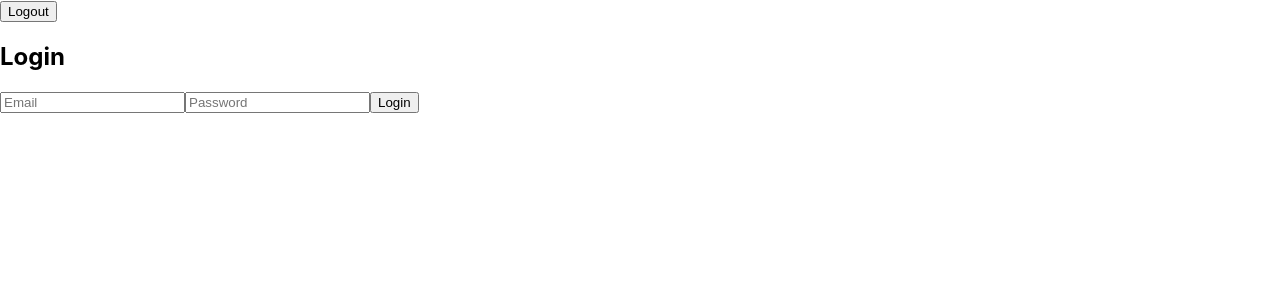
Repository: GowrishankarSMenon/jobTracker
Page: /login (app in job-tracker/client/)
These files come from the project's save history. The page is drawn as it stood at one moment and after the next save; the edit follows.
The browser window is 1280 px wide. The pictures show the whole page.
The project was rebuilt for these pictures with package versions that can differ from the ones it lists, and the page was loaded fresh each time. Also part of the build but not shown: job-tracker/client/src/pages/Signup.js, job-tracker/client/src/pages/Home.js.

Above is the page before, as saved 2024-12-28 10:26:58.

After the next save:
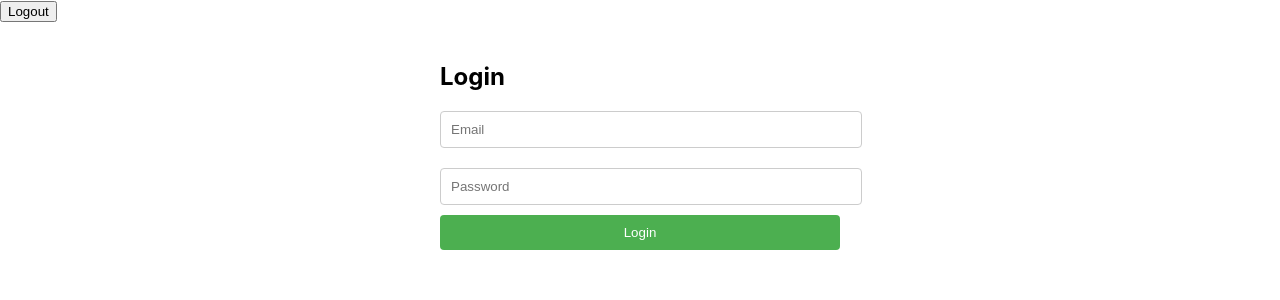
Saved 3 min 39 s later.
--- a/job-tracker/client/src/pages/Login.js
+++ b/job-tracker/client/src/pages/Login.js
@@ -4,42 +4,94 @@ import axios from 'axios';
 const Login = ({ setUser, setToken }) => {
   const [email, setEmail] = useState('');
   const [password, setPassword] = useState('');
+  const [loading, setLoading] = useState(false); // Loading state
+  const [errorMessage, setErrorMessage] = useState(''); // Error message state
 
   const handleSubmit = async (e) => {
     e.preventDefault();
+    setLoading(true);
+    setErrorMessage(''); // Reset error message on form submit
+
     try {
       const response = await axios.post('http://localhost:5000/api/auth/login', { email, password });
-      setUser(response.data.user);  // Save user data
-      setToken(response.data.token);  // Save token in state or localStorage
 
-      // Store token in localStorage
+      // Save user and token in state
+      setUser(response.data.user);
+      setToken(response.data.token);
+
+      // Store token in localStorage for persistence
       localStorage.setItem('authToken', response.data.token);
 
-      // Redirect to home or dashboard after successful login
-      // navigate('/home');
+      // Redirect to home or dashboard (optional)
+      alert('Login successful!');
+      // navigate('/home'); // Uncomment if using react-router
     } catch (error) {
       console.error('Login error:', error);
-      alert('Login failed');
+
+      // Handle errors gracefully
+      if (error.response && error.response.data && error.response.data.message) {
+        setErrorMessage(error.response.data.message); // Display backend error message
+      } else {
+        setErrorMessage('An unexpected error occurred. Please try again later.');
+      }
+    } finally {
+      setLoading(false); // Stop the loading spinner
     }
   };
 
   return (
-    <div>
+    <div style={{ maxWidth: '400px', margin: '0 auto', padding: '20px' }}>
       <h2>Login</h2>
+      {errorMessage && (
+        <div style={{ color: 'red', marginBottom: '10px' }}>{errorMessage}</div>
+      )}
       <form onSubmit={handleSubmit}>
-        <input
-          type="email"
-          placeholder="Email"
-          value={email}
-          onChange={(e) => setEmail(e.target.value)}
-        />
-        <input
-          type="password"
-          placeholder="Password"
-          value={password}
-          onChange={(e) => setPassword(e.target.value)}
-        />
-        <button type="submit">Login</button>
+        <div style={{ marginBottom: '10px' }}>
+          <input
+            type="email"
+            placeholder="Email"
+            value={email}
+            onChange={(e) => setEmail(e.target.value)}
+            required
+            style={{
+              width: '100%',
+              padding: '10px',
+              marginBottom: '10px',
+              border: '1px solid #ccc',
+              borderRadius: '4px',
+            }}
+          />
+        </div>
+        <div style={{ marginBottom: '10px' }}>
+          <input
+            type="password"
+            placeholder="Password"
+            value={password}
+            onChange={(e) => setPassword(e.target.value)}
+            required
+            style={{
+              width: '100%',
+              padding: '10px',
+              border: '1px solid #ccc',
+              borderRadius: '4px',
+            }}
+          />
+        </div>
+        <button
+          type="submit"
+          disabled={loading} // Disable button during login
+          style={{
+            width: '100%',
+            padding: '10px',
+            backgroundColor: loading ? '#ccc' : '#4CAF50',
+            color: 'white',
+            border: 'none',
+            borderRadius: '4px',
+            cursor: loading ? 'not-allowed' : 'pointer',
+          }}
+        >
+          {loading ? 'Logging In...' : 'Login'}
+        </button>
       </form>
     </div>
   );
